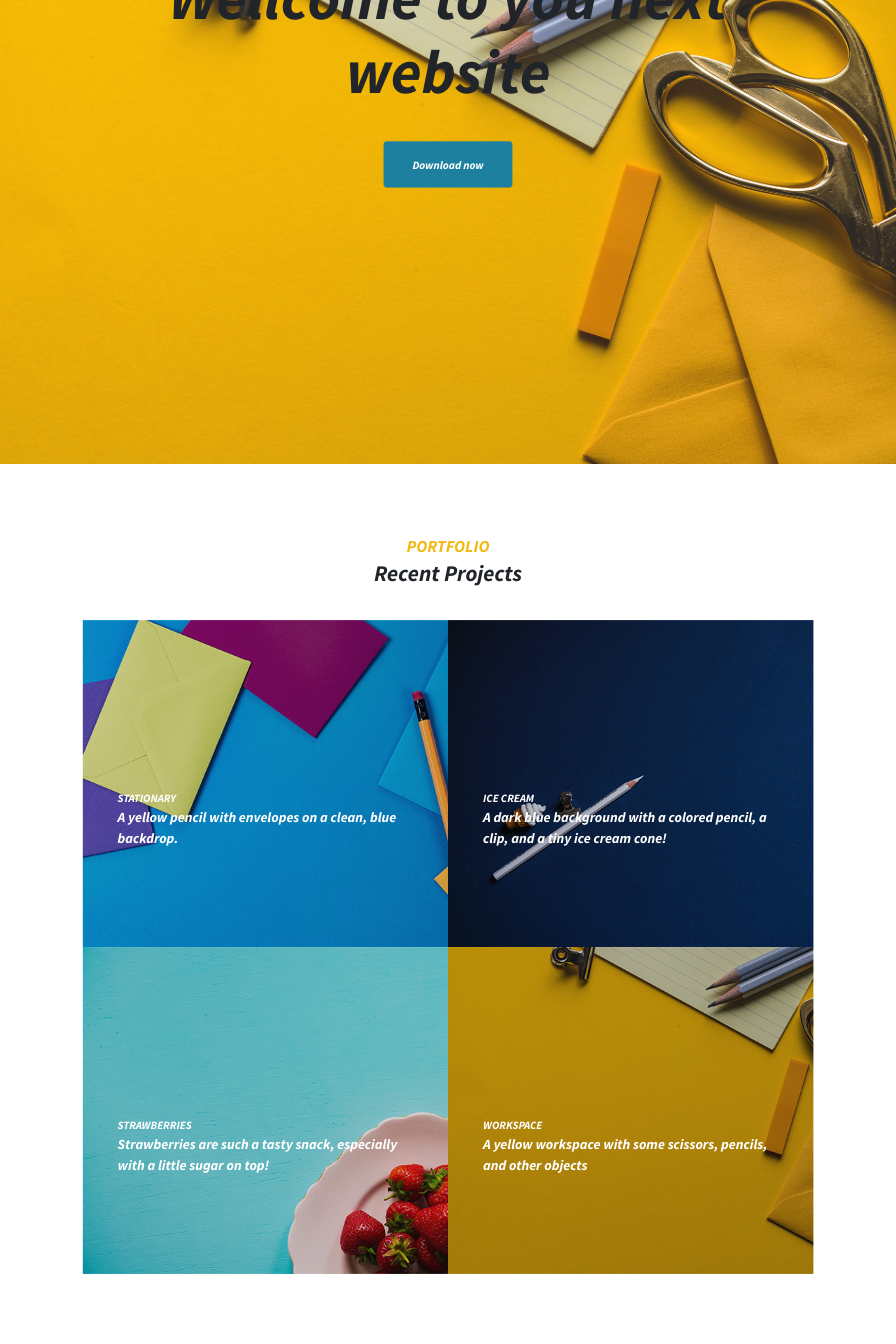
Repository: hoangpino/VE_FE_FrameWork_005
Page: lab06/index.html
These files come from the project's save history. The page is drawn as it stood at one moment and after the next save; the edit follows.
The browser window is 1280 px wide. The pictures show the part of the page from y = 2217 to 4137 px (the page is 4137 px tall before and 3900 px after), at 70% of full size.
Backgrounds fixed to the window are drawn as part of the page.

Above is the page before, as saved 2021-10-05 19:34:55.

After the next save:
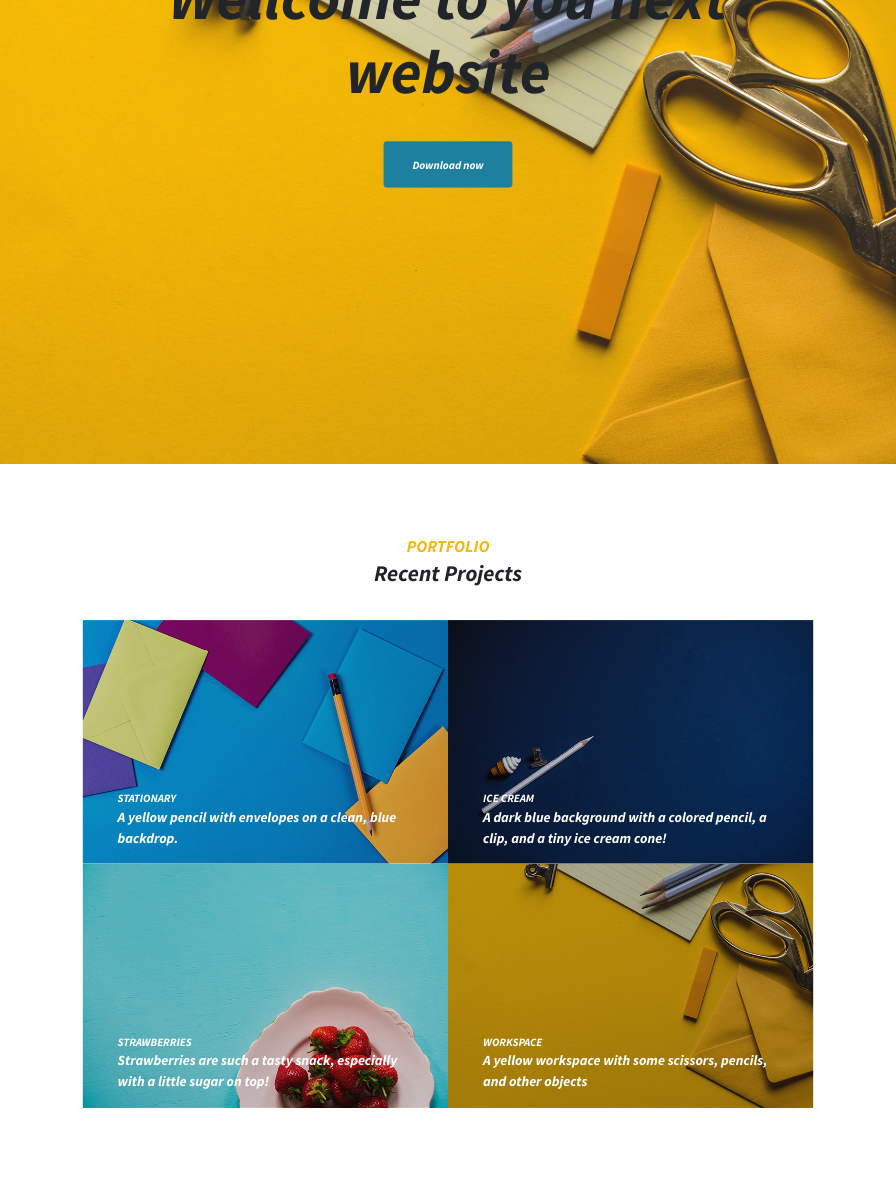
Saved 38 s later.
--- a/lab06/css/style.css
+++ b/lab06/css/style.css
@@ -164,7 +164,7 @@
     transition: clip-path 0.25s ease-out, -webkit-transform 0.25s ease-out;
     -webkit-clip-path: inset(-1px);
     clip-path: inset(-1px);
-    min-width: 100%;
+    max-width: 100%;
 }
 
 .portfolio-item:hover img {
